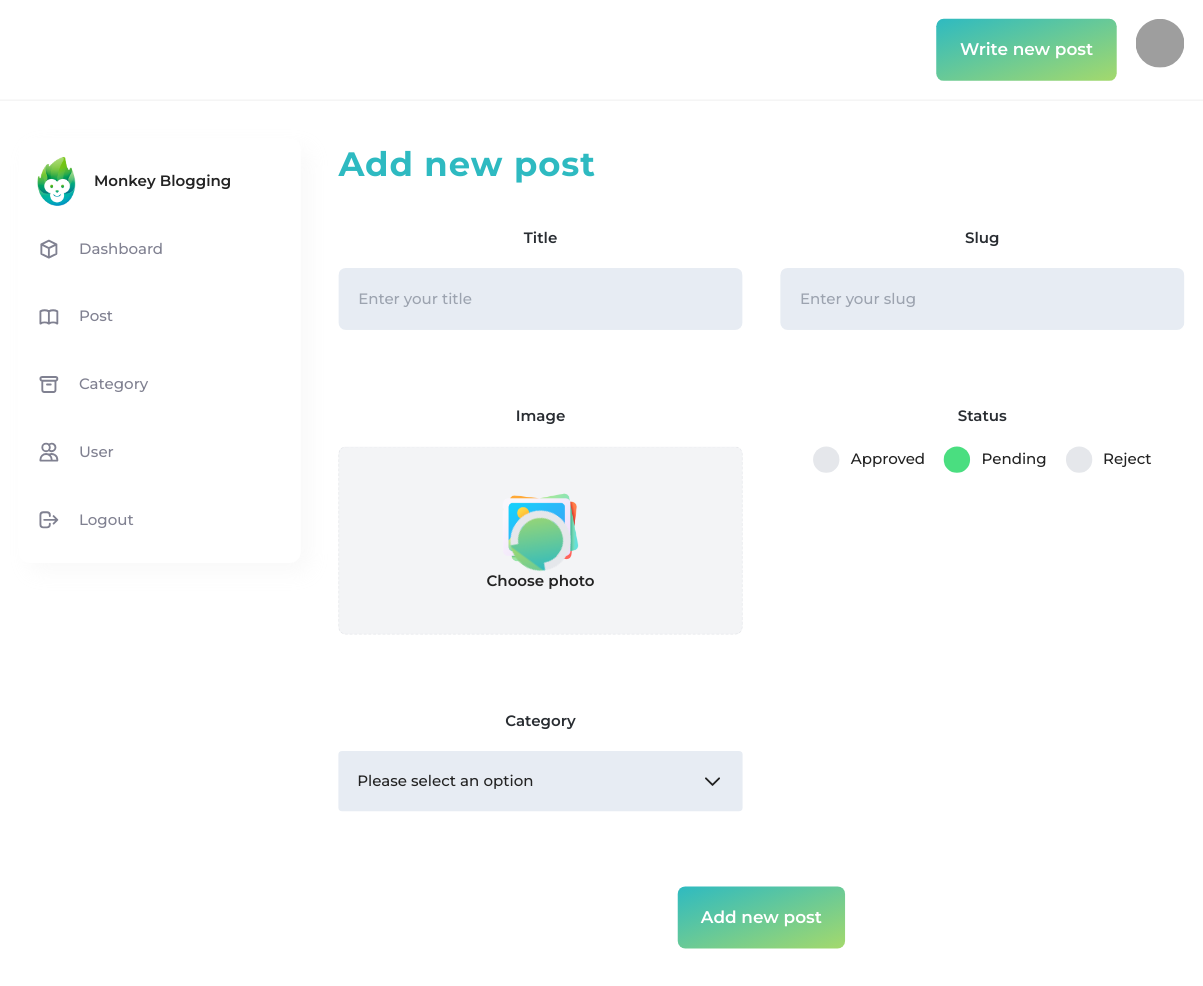
Repository: ThanhPhongsof/react-course-projects
Page: /manage/add-post (app in react-monkey-bloging/)
The author's editor kept a copy of each file at every save. The page is drawn from the files as they stood at one save, then again after the next save.
The browser window is 1280 px wide. The pictures show the whole page, at 94% of full size.
Pictures or frames that could not be fetched are drawn as grey boxes. The project was rebuilt for these pictures with package versions that can differ from the ones it lists, and the page was loaded fresh each time. Also part of the build but not shown: react-monkey-bloging/src/page/AuthenticationPage.js, react-monkey-bloging/src/components/icon/IconEyeOpen.js, react-monkey-bloging/src/components/icon/IconEyeClose.js, react-monkey-bloging/src/components/icon/index.js, react-monkey-bloging/src/components/input/InputPasswordToggle.js, react-monkey-bloging/src/page/SignUpPage.js, react-monkey-bloging/src/page/SignInPage.js, react-monkey-bloging/src/components/layout/Header.js and 21 more. Imported but missing from the stored project, and not drawn on this page: react-monkey-bloging/src/components/loading/LoadingSpinner, react-monkey-bloging/src/module/post/PostMeta.

Above is the page before, as saved 2022-05-09 15:16:39.

After the next save:
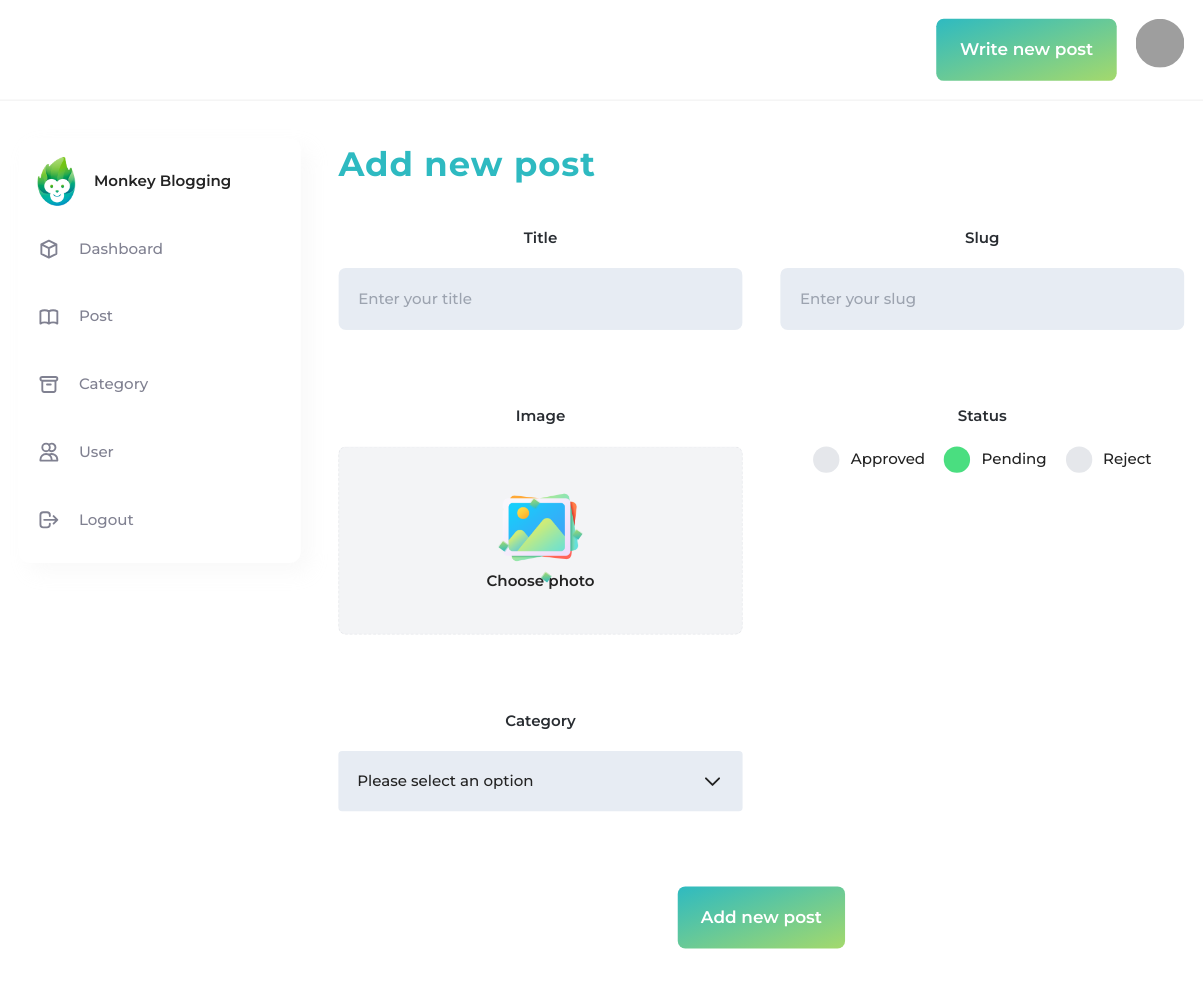
Saved 42 s later.
--- a/react-monkey-bloging/src/components/image/ImageUpload.js
+++ b/react-monkey-bloging/src/components/image/ImageUpload.js
@@ -54,7 +54,7 @@ const ImageUploadStyles = styled.label`
       height: 64px;
       border-width: 8px;
       /* border-color: rgb(34, 197, 94); */
-      background: linear-gradient(
+      border-image-source: linear-gradient(
         to right bottom,
         ${(props) => props.theme.primary},
         ${(props) => props.theme.secondary}
